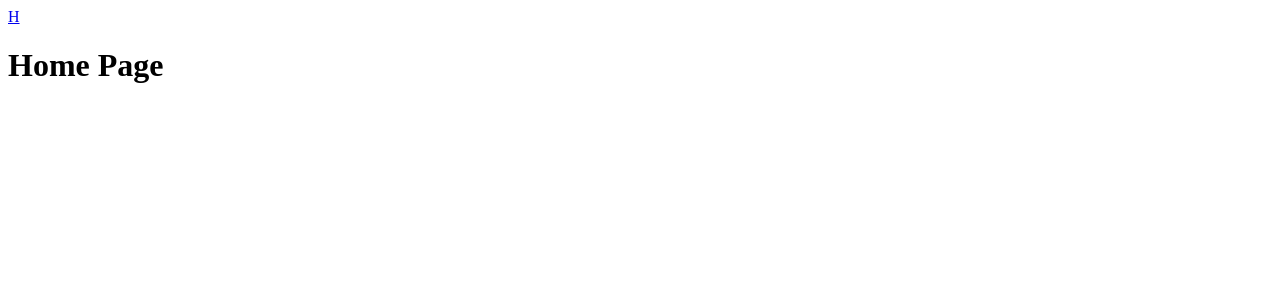
Repository: LudovicARHIMAN/Django-ToDoList
Page: http://localhost/
An editor plug-in stored every save of this project. The page is shown before and after the next save, followed by the edit.
The browser window is 1280 px wide. The pictures show the whole page.
The page is served by the project's application, run on Django 5.2 (mysite/manage.py). Other server files are loaded and not shown.

Above is the page before, as saved 2024-04-25 09:46:52.

### mysite/main/templates/main/home.html
{% extends 'main/base.html' %}

{%block title%}
Home Page
{%endblock%}

{%block content%}
<h1>Home Page</h1>
{{name}}

{%endblock%}

### mysite/main/templates/main/base.html
<!DOCTYPE html>
<html lang="fr">
<head>
    <meta charset="UTF-8">
    <title>{%block title%}Page de Base{%endblock%}</title>
</head>
<body>
    <div class="sidenav" >
        <a href="/home">H</a>
    </div>
    <div id="content", name="content">
        {%block content%}

        {%endblock%}
    </div>

</body>
</html>

### mysite/main/views.py
from django.shortcuts import render
from django.http import HttpResponse, HttpResponseRedirect
from .models import ToDoList, Item
from .forms import CreateNewList
from django.views import View

def index(response, id):
    ls = ToDoList.objects.get(id=id)

    if response.method == "POST":
        print(response.POST)
        if response.POST.get("save"):
            for item in ls.item_set.all():
                if response.POST.get("c" + str(item.id)) == "clicked":
                    item.complete = True
                else:
                    item.complete = False

                item.save()
        elif response.POST.get("newItem"):
            txt = response.POST.get("new")
            if len(txt) > 2:
                ls.item_set.create(text=txt, complete=False)
            else:
                print("error")


    return render(response, 'main/list.html', {"ls":ls})

def home(response):
    return render(response, 'main/home.html')

def create(response):
    if response.method == "POST":
        form = CreateNewList(response.POST)

        if form.is_valid():
            n = form.cleaned_data["name"]
            t = ToDoList(name=n)
            t.save()
        return HttpResponseRedirect("/%i"  %t.id)
    else:
        form = CreateNewList()
    return render(response, 'main/create.html', {"form":form})

### mysite/mysite/urls.py
"""
URL configuration for mysite project.

The `urlpatterns` list routes URLs to views. For more information please see:
    https://docs.djangoproject.com/en/5.0/topics/http/urls/
Examples:
Function views
    1. Add an import:  from my_app import views
    2. Add a URL to urlpatterns:  path('', views.home, name='home')
Class-based views
    1. Add an import:  from other_app.views import Home
    2. Add a URL to urlpatterns:  path('', Home.as_view(), name='home')
Including another URLconf
    1. Import the include() function: from django.urls import include, path
    2. Add a URL to urlpatterns:  path('blog/', include('blog.urls'))
"""
from django.contrib import admin
from django.urls import path, include

urlpatterns = [
    path('admin/', admin.site.urls),
    path('',include('main.urls'))

]

### mysite/main/urls.py
from django.urls import path
from . import views

urlpatterns = [
    path("<int:id>",views.index, name="index"),
    path("",views.home, name="home"),
    path("create/",views.create, name="create"),
]

After the next save:
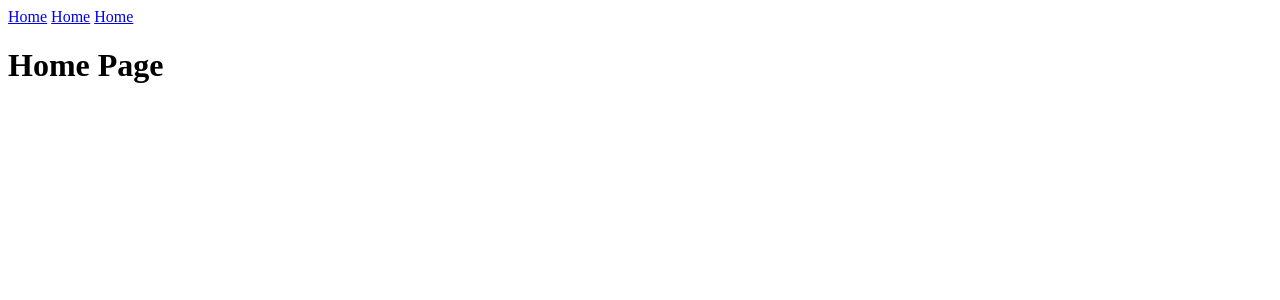
Saved 6 s later.
--- a/mysite/main/templates/main/base.html
+++ b/mysite/main/templates/main/base.html
@@ -6,7 +6,9 @@
 </head>
 <body>
     <div class="sidenav" >
-        <a href="/home">H</a>
+        <a href="/home">Home</a>
+        <a href="/home">Home</a>
+        <a href="/home">Home</a>
     </div>
     <div id="content", name="content">
         {%block content%}
